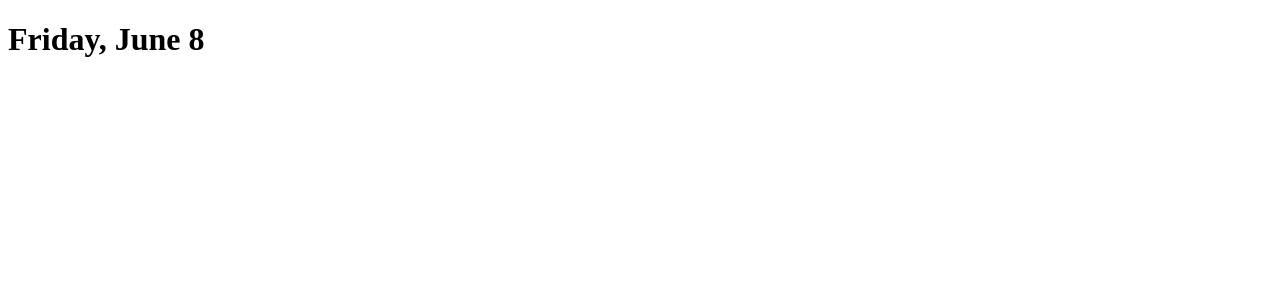
Repository: DESTINYAS/ToDo-List
Page: http://localhost/
The author's editor kept a copy of each file at every save. The page is drawn from the files as they stood at one save, then again after the next save.
The browser window is 1280 px wide. The pictures show the whole page.
The page is served by the project's Node server (app.js).

Above is the page before, as saved 2022-08-23 18:29:24.

### views/list.ejs
<!DOCTYPE html>
<html lang="en">
  <head>
    <meta charset="UTF-8" />
    <meta http-equiv="X-UA-Compatible" content="IE=edge" />
    <meta name="viewport" content="width=device-width, initial-scale=1.0" />
    <title>To do list</title>
  </head>
  <body>
    <h1><%= kindOfDay %></h1>
  </body>
</html>

### app.js
const express = require("express");
const bodyParser = require("body-parser");

const app = express();

app.set("view engine", "ejs");

app.get("/", function (req, res) {
  const today = new Date();

  var options = {
    weekday: "long",
    day: "numeric",
    month: "long",
  };
  var day = today.toLocaleDateString("en-US", options);

  res.render("list", { kindOfDay: day });
});

app.listen(3000, function () {
  console.log("server started at port 3000");
});

After the next save:
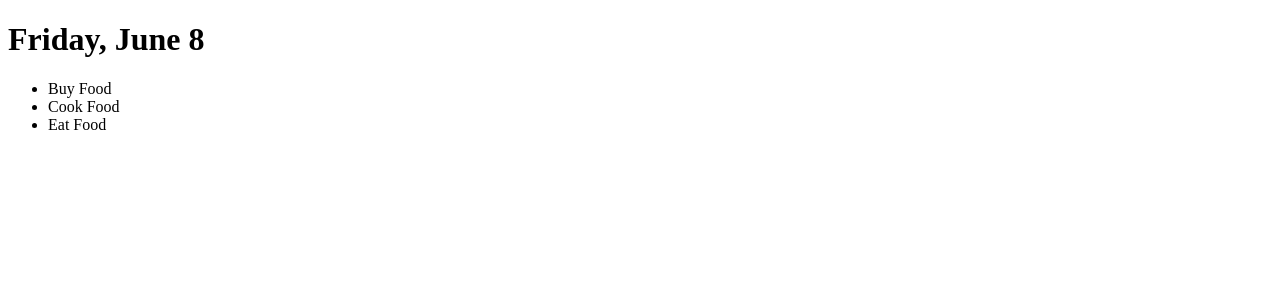
Saved 4 min 2 s later.
--- a/views/list.ejs
+++ b/views/list.ejs
@@ -8,5 +8,10 @@
   </head>
   <body>
     <h1><%= kindOfDay %></h1>
+    <ul>
+      <li>Buy Food</li>
+      <li>Cook Food</li>
+      <li>Eat Food</li>
+    </ul>
   </body>
 </html>
